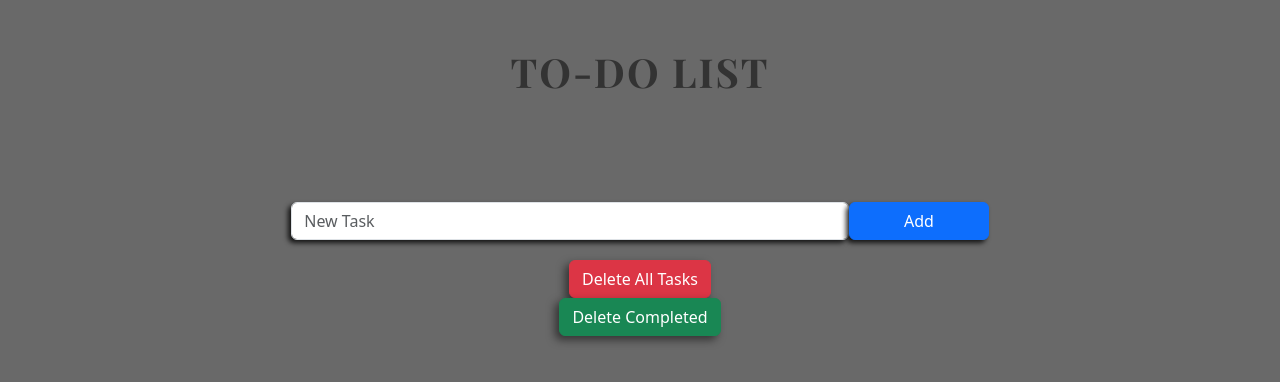
Repository: PituMia/TODO-List
Page: /
These files come from the project's save history. The page is drawn as it stood at one moment and after the next save; the edit follows.
The browser window is 1280 px wide. The pictures show the whole page.
The project was rebuilt for these pictures with package versions that can differ from the ones it lists, and the page was loaded fresh each time. Also part of the build but not shown: vite.config.js, src/assets/css/App.css, src/assets/css/Task.css, src/assets/components/Task.jsx.

Above is the page before, as saved 2025-02-01 17:17:37.

After the next save:
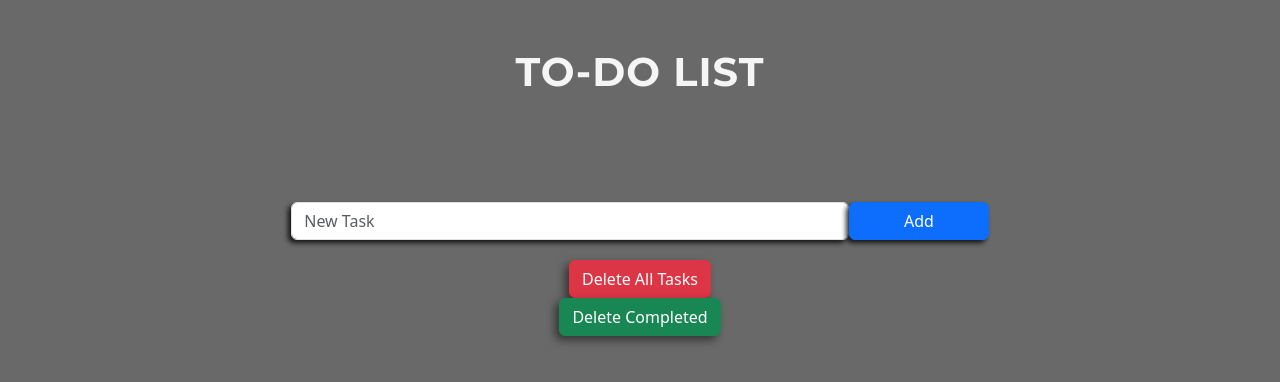
Saved 15 s later.
--- a/src/assets/css/header.css
+++ b/src/assets/css/header.css
@@ -1,13 +1,13 @@
 @import url('https://fonts.googleapis.com/css2?family=Montserrat:wght@700&display=swap');
 
 .header {
-    font-family: 'Playfair Display', serif; /* Fuente bonita */
-    font-size: 10rem; /* Tamaño grande */
+    font-family: 'Montserrat', sans-serif; /* Fuente gruesa y moderna */
+    font-size: 8rem; /* Tamaño grande */
     font-weight: 700; /* Estilo en negrita */
     text-align: center;
-    letter-spacing: 2px; /* Espaciado entre letras */
-    line-height: 1.1; /* Ajuste de altura de línea */
-    color: #333; /* Color del texto */
+    letter-spacing: 1px; /* Espaciado entre letras */
+    line-height: 1.2; /* Ajuste de altura de línea */
+    color: #f5f5f5; /* Color claro (blanco claro) */
     margin: 0; /* Eliminar márgenes */
     padding: 1rem; /* Espaciado interno */
     text-transform: uppercase; /* Capitalizar el texto */
